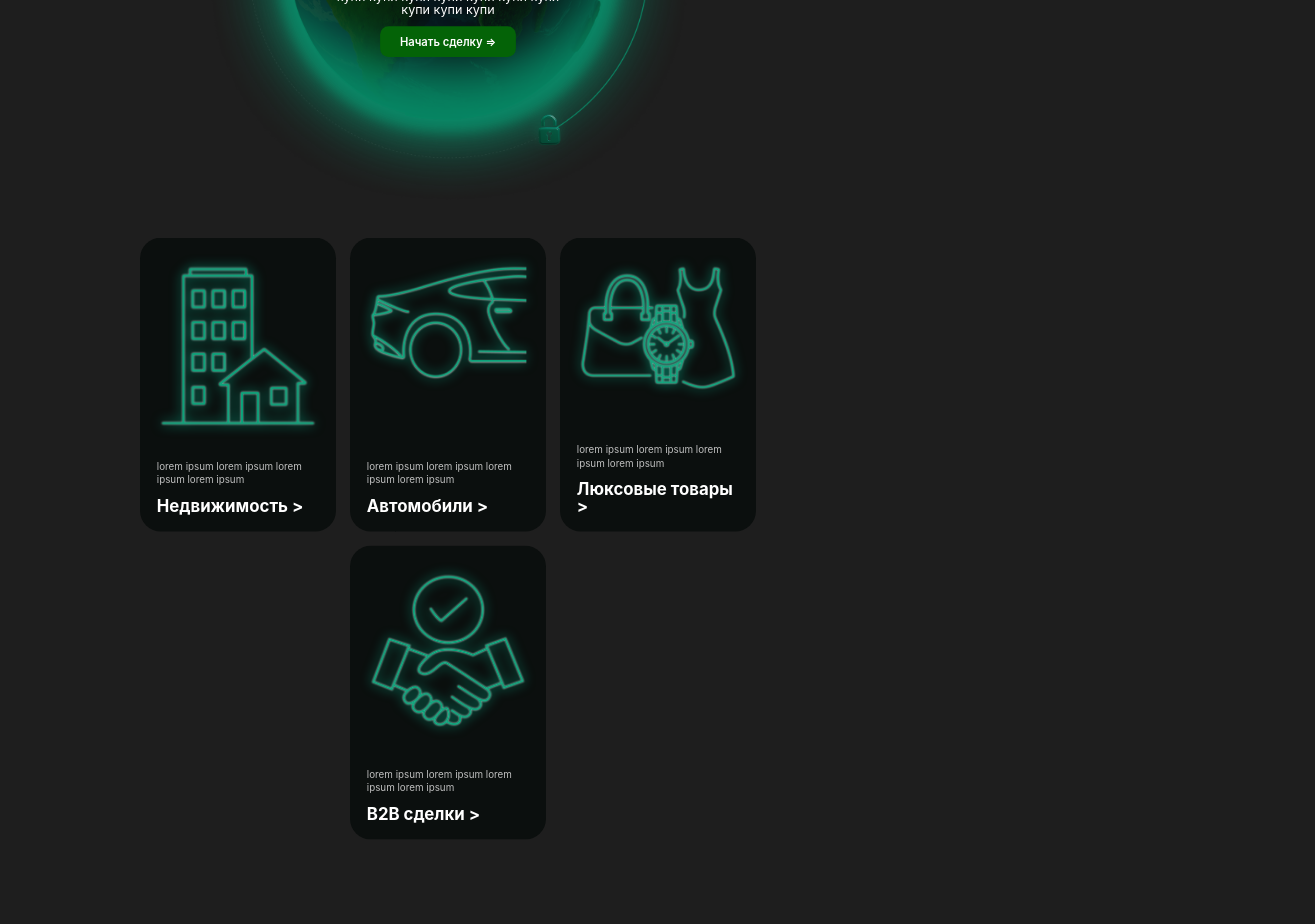
Repository: 1mpuryyyyy/x-port
Page: /x-port/
These files come from the project's save history. The page is drawn as it stood at one moment and after a run of saves; the edit follows.
The browser window is 1280 px wide. The page is 1879 px wide, so the pictures cover 1879 px, including what lies to the right of the window. The pictures show the part of the page from y = 3048 to 4368 px (the page is 4368 px tall), at 70% of full size.
The project was rebuilt for these pictures with package versions that can differ from the ones it lists, and the page was loaded fresh each time. Also part of the build but not shown: vite.config.js.

Above is the page before, as saved 2025-10-09 03:26:55.

After the next 4 saves:
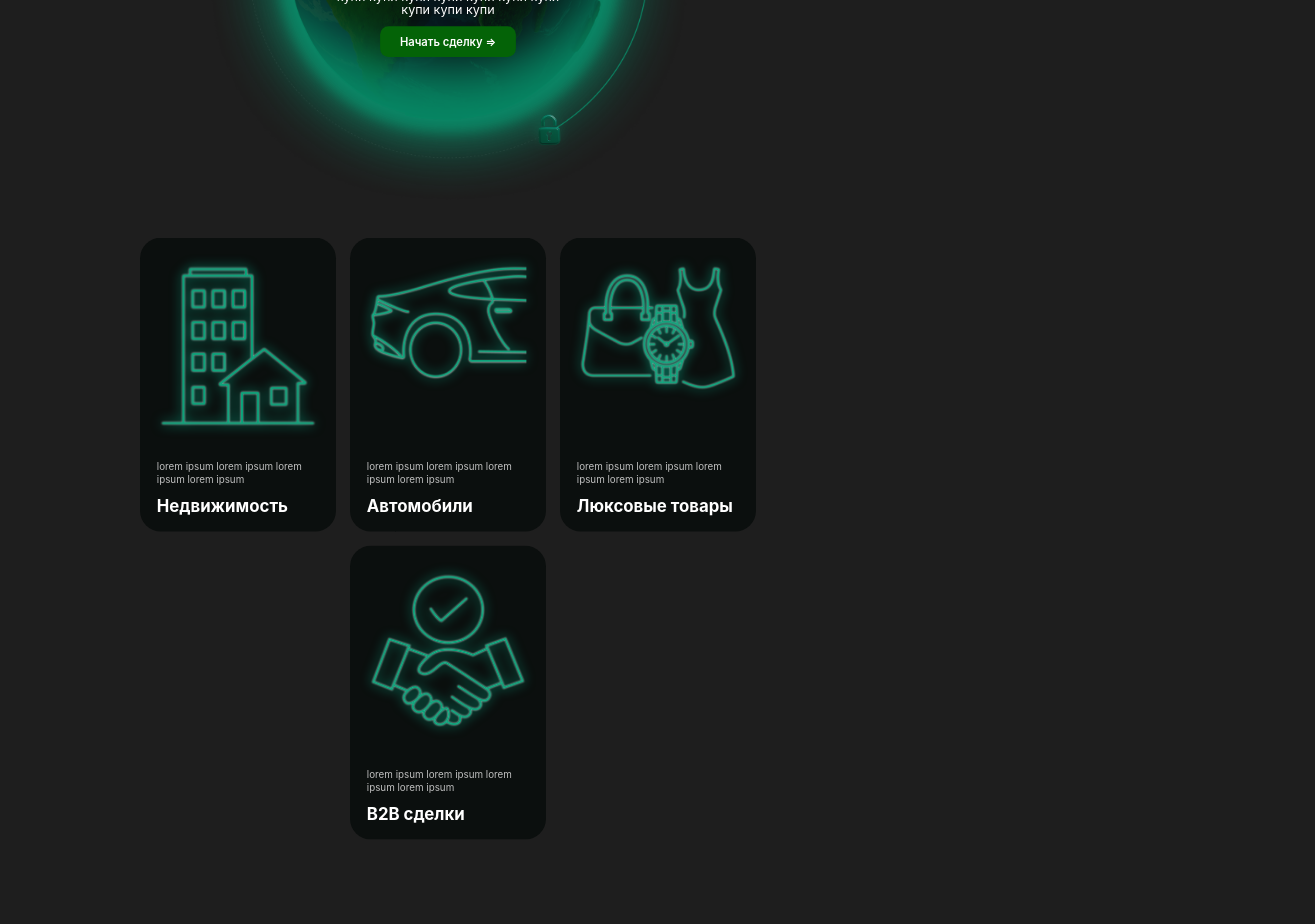
The 4 saves are shown as one change because they came seconds apart.
The last was saved 17 s later.
--- a/src/components/MainPage/MainPage.jsx
+++ b/src/components/MainPage/MainPage.jsx
@@ -80,25 +80,25 @@ export const MainPage = () => {
             <div className={style.cards}>
                 <CardItem
                     imageUrl={house}
-                    title="Недвижимость >"
+                    title="Недвижимость"
                     description="lorem ipsum lorem ipsum lorem ipsum lorem ipsum"
                     link="#"
                 />
                 <CardItem
                     imageUrl={car}
-                    title="Автомобили >"
+                    title="Автомобили"
                     description="lorem ipsum lorem ipsum lorem ipsum lorem ipsum"
                     link="#"
                 />
                 <CardItem
                     imageUrl={lux}
-                    title="Люксовые товары >"
+                    title="Люксовые товары"
                     description="lorem ipsum lorem ipsum lorem ipsum lorem ipsum"
                     link="#"
                 />
                 <CardItem
                     imageUrl={b2b}
-                    title="B2B сделки >"
+                    title="B2B сделки"
                     description="lorem ipsum lorem ipsum lorem ipsum lorem ipsum"
                     link="#"
                 />
